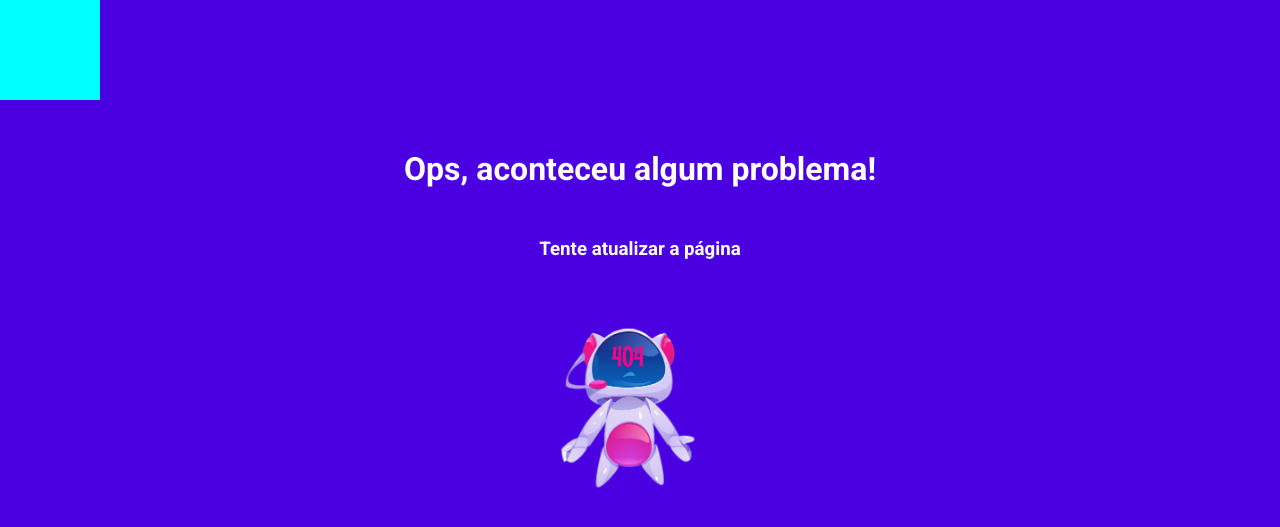
Repository: pettinelli1202/Ana-VirtualAssistant
Page: html/error-page.html
An editor plug-in stored every save of this project. The page is shown before and after the next save, followed by the edit.
The browser window is 1280 px wide. The pictures show the whole page.
Some web fonts or font styles are not loaded; a fallback is used.

Above is the page before, as saved 2023-05-11 21:58:45.

After the next save:
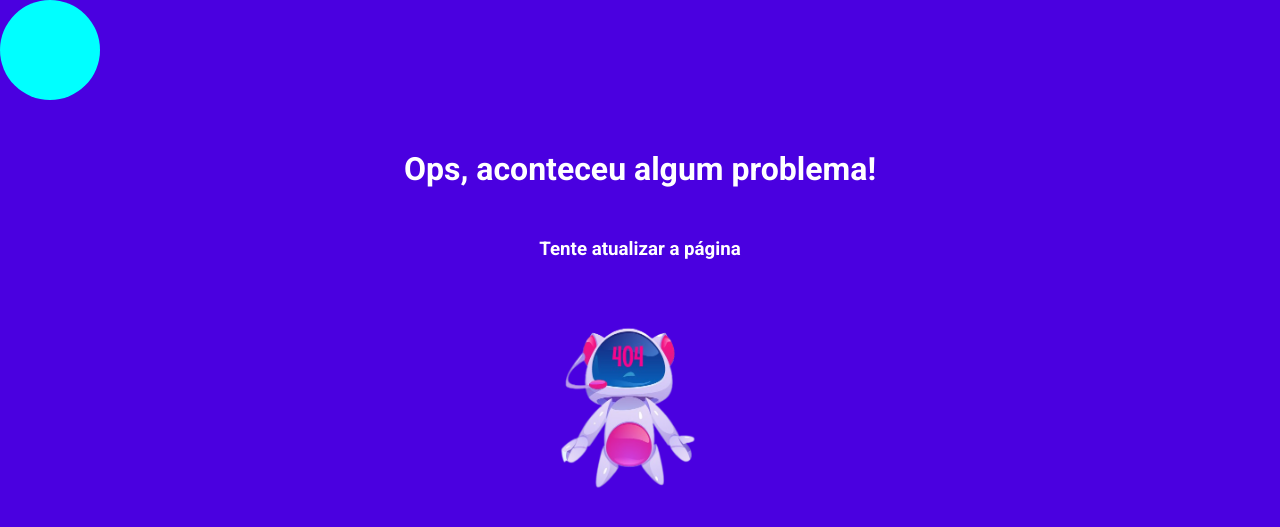
Saved 4 s later.
--- a/css/error-page-style.css
+++ b/css/error-page-style.css
@@ -35,5 +35,5 @@ h3 {
     background-color: aqua;
     width: 100px;
     height: 100px;
-    border
+    border-radius: 50%;
 }
